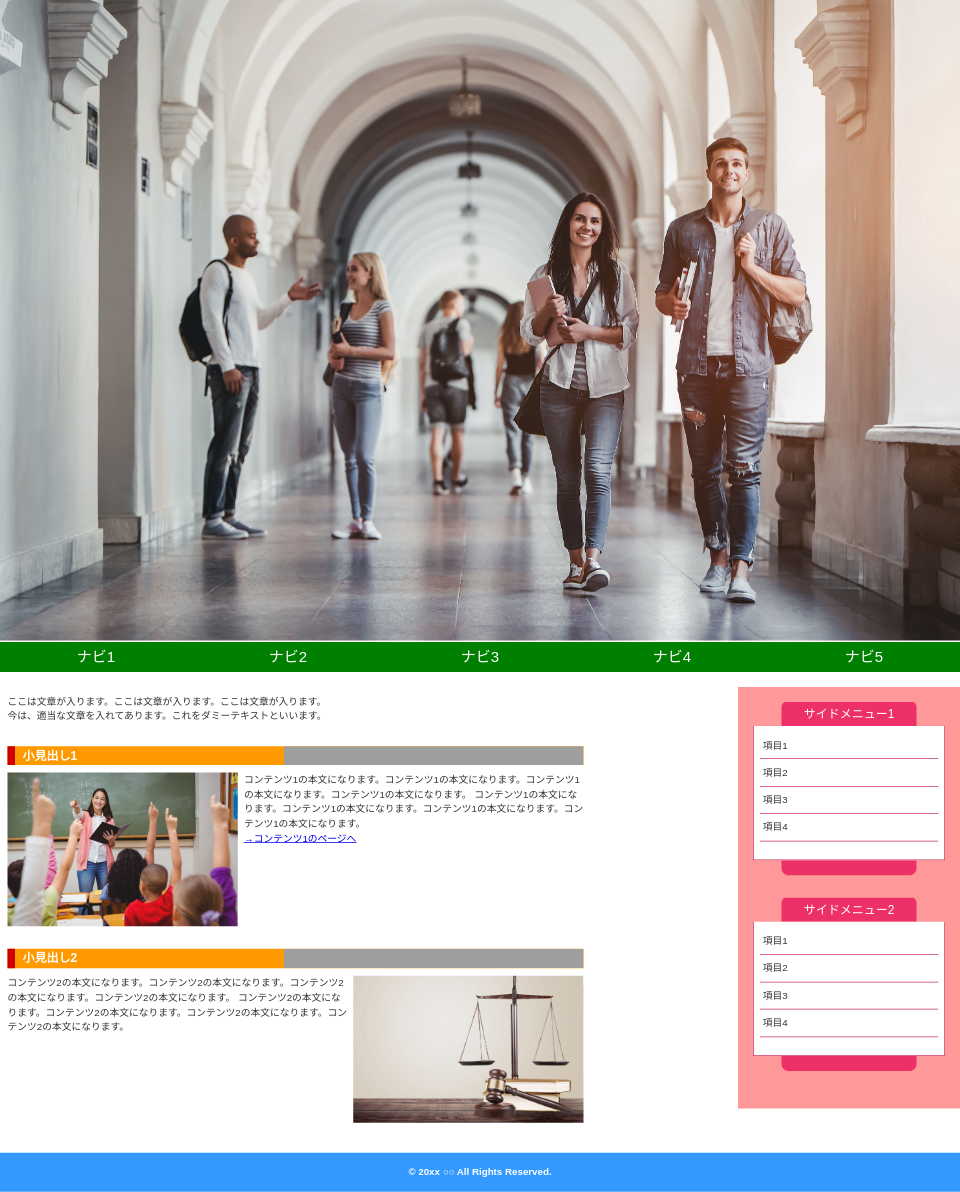
Repository: KubotaAtsushi/samurai_HTML-CSS
Page: http://localhost/
The author's editor kept a record of every edit. The page is drawn from the files as they stood at one moment, then again after the next edit.
The browser window is 1280 px wide. The pictures show the whole page, at 75% of full size.
Pictures or frames that could not be fetched are drawn as grey boxes. The page is run by PHP 8.4 with error messages shown; the project is at /var/www/html/.

Above is the page before.

After the next edit:
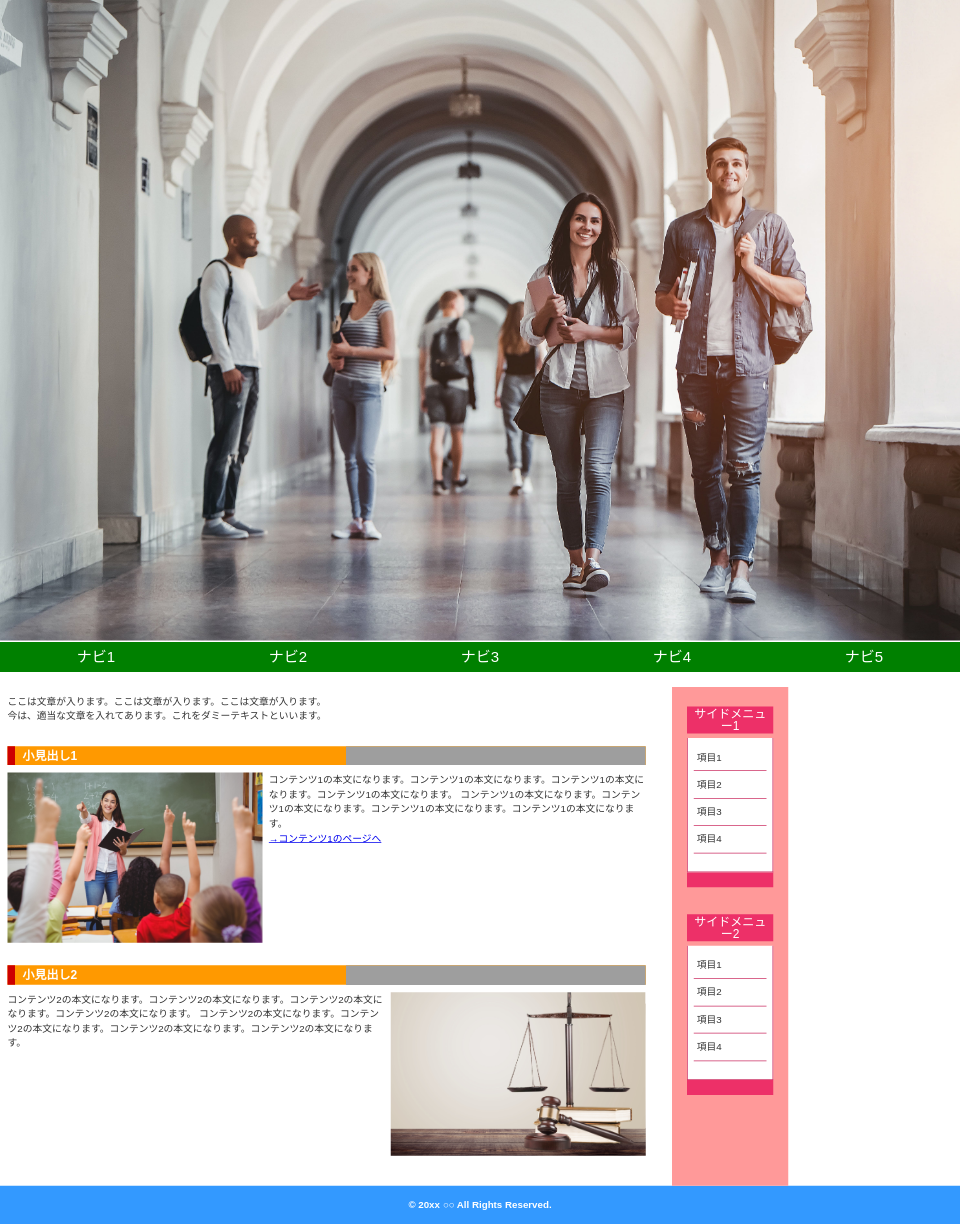
The edit:
--- a/stylesheet.css
+++ b/stylesheet.css
@@ -55,7 +55,6 @@
 	list-style-type: none;
 }
 #nav ul li {
-	float: left;
 	width: 20%;
 	text-align: center;
 }
@@ -81,11 +80,12 @@
 	padding: auto;
 	padding-top: 20px;
 	clear: both;
+	display: grid;
+	grid-template-columns: 70vw 30vw;
 }
 /* -------------------- main -------------------- */
 #main {
-	float: left;
-	width: 60%;
+	width: 95%;
 	padding: 10px 30px 10px 10px;
 }
 #main h2 {
@@ -134,8 +134,7 @@
 
 /* -------------------- side -------------------- */
 #side {
-	float: right;
-	width: 20%;
+	width: 30%;
 	padding: 20px;
 	background-color: #F99;
 }
@@ -176,4 +175,3 @@
 	list-style: none;
 	border-bottom: solid 1px #C36;
 	box-shadow: 0px 4px 4px rgba(0, 0, 0, 0.3);
-}
